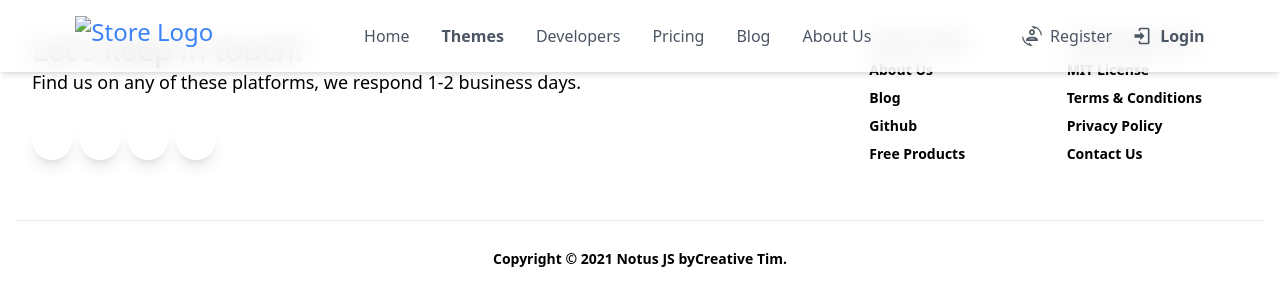
Repository: ghrabla/SVG-Statistics-React-Nest-Typescript
Page: / (app in client/)
An editor plug-in stored every save of this project. The page is shown before and after the next save, followed by the edit.
The browser window is 1280 px wide. The pictures show the whole page.
The project was rebuilt for these pictures with package versions that can differ from the ones it lists, and the page was loaded fresh each time. Also part of the build but not shown: client/src/Admin/LoginAdmin.js, client/src/users/LoginUser.js, client/src/users/Register.js.

Above is the page before, as saved 2022-12-01 10:54:19.

After the next save:
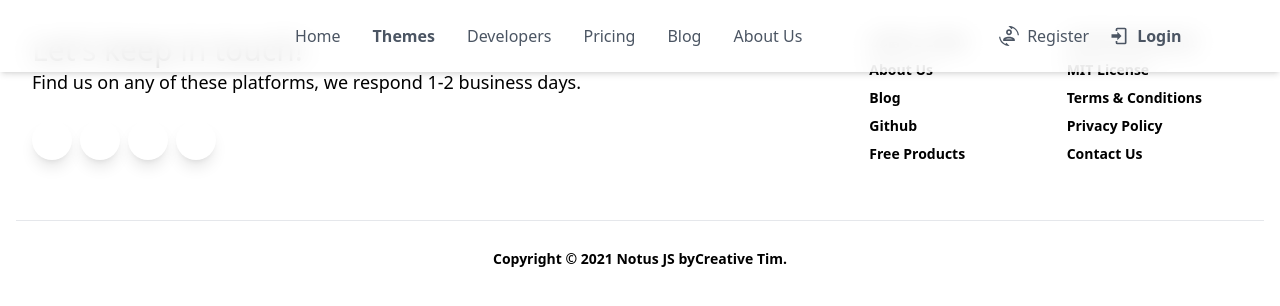
Saved 18 s later.
--- a/client/src/components/NavBar.js
+++ b/client/src/components/NavBar.js
@@ -10,7 +10,7 @@ fixed top-0 left-0 right-0 z-10">
     <a class="cursor-pointer">
         <h3 class="text-2xl font-medium text-blue-500">
             <img class="h-10 object-cover"
-                src="/" alt="Store Logo" />
+                src="/" alt="" />
         </h3>
     </a>
 </div>
